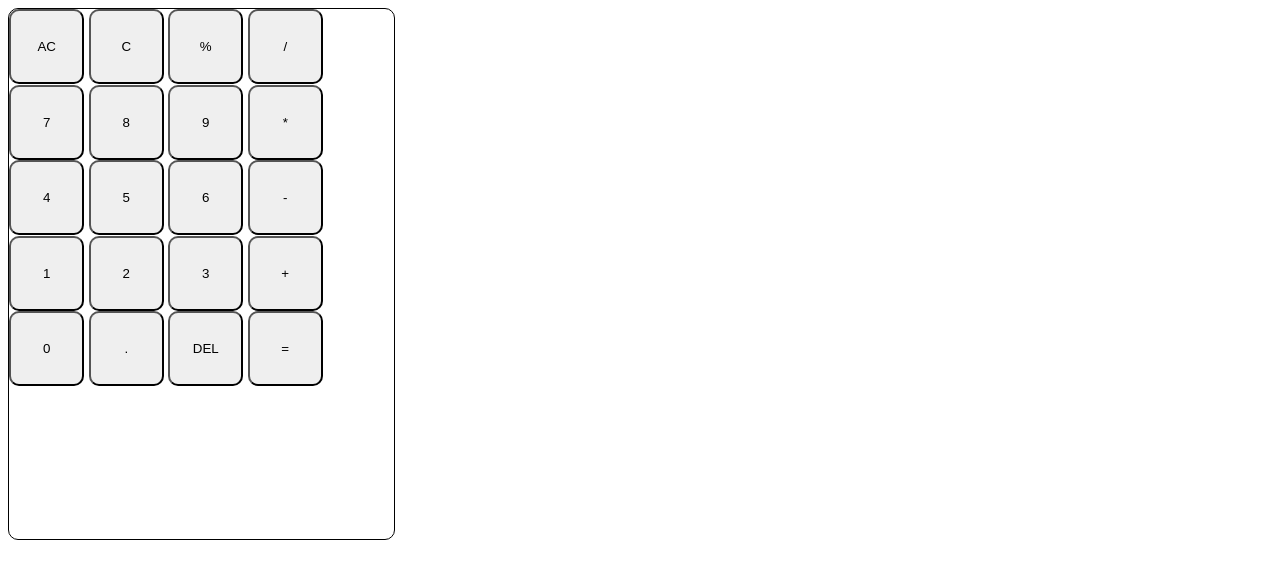
Repository: baziz22/Vanilla_JS_Projects
Page: claculator/index.html
An editor plug-in stored every save of this project. The page is shown before and after the next save, followed by the edit.
The browser window is 1280 px wide. The pictures show the whole page.

Above is the page before, as saved 2022-03-02 02:11:29.
Console error: SyntaxError: Malformed arrow function parameter list

After the next save:
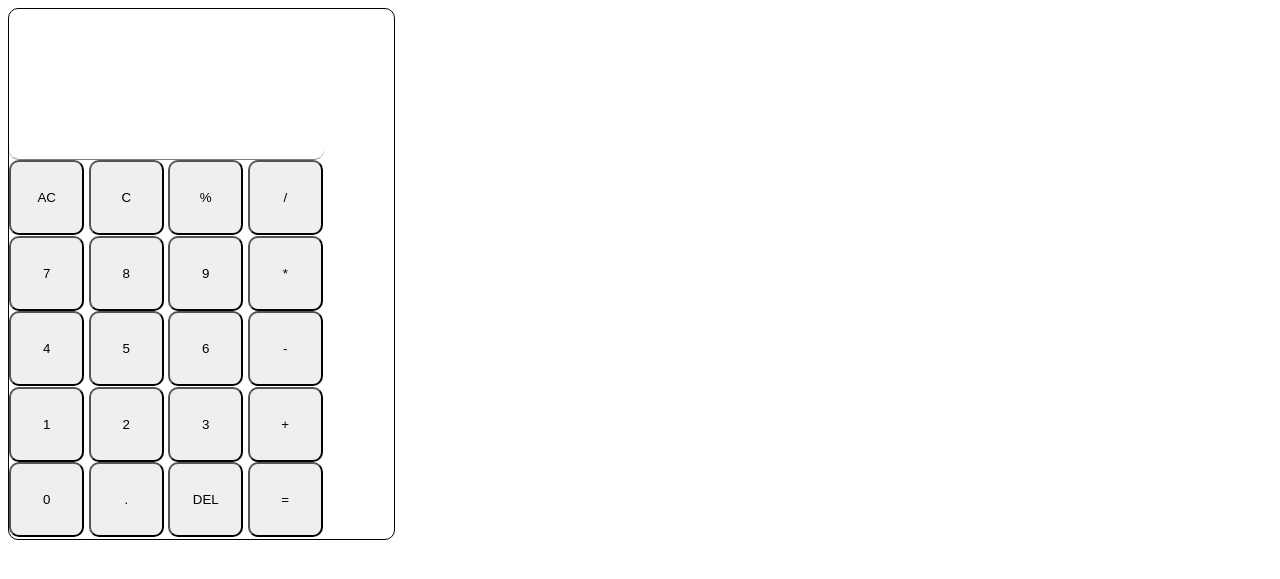
Saved 41 s later.
--- a/claculator/style.css
+++ b/claculator/style.css
@@ -10,7 +10,7 @@ button {
   height: 75px;
   border-radius: 10px;
 }
-#output {
+#result {
   width: 315px;
   height: 150px;
   border-bottom: 1px solid gray;
